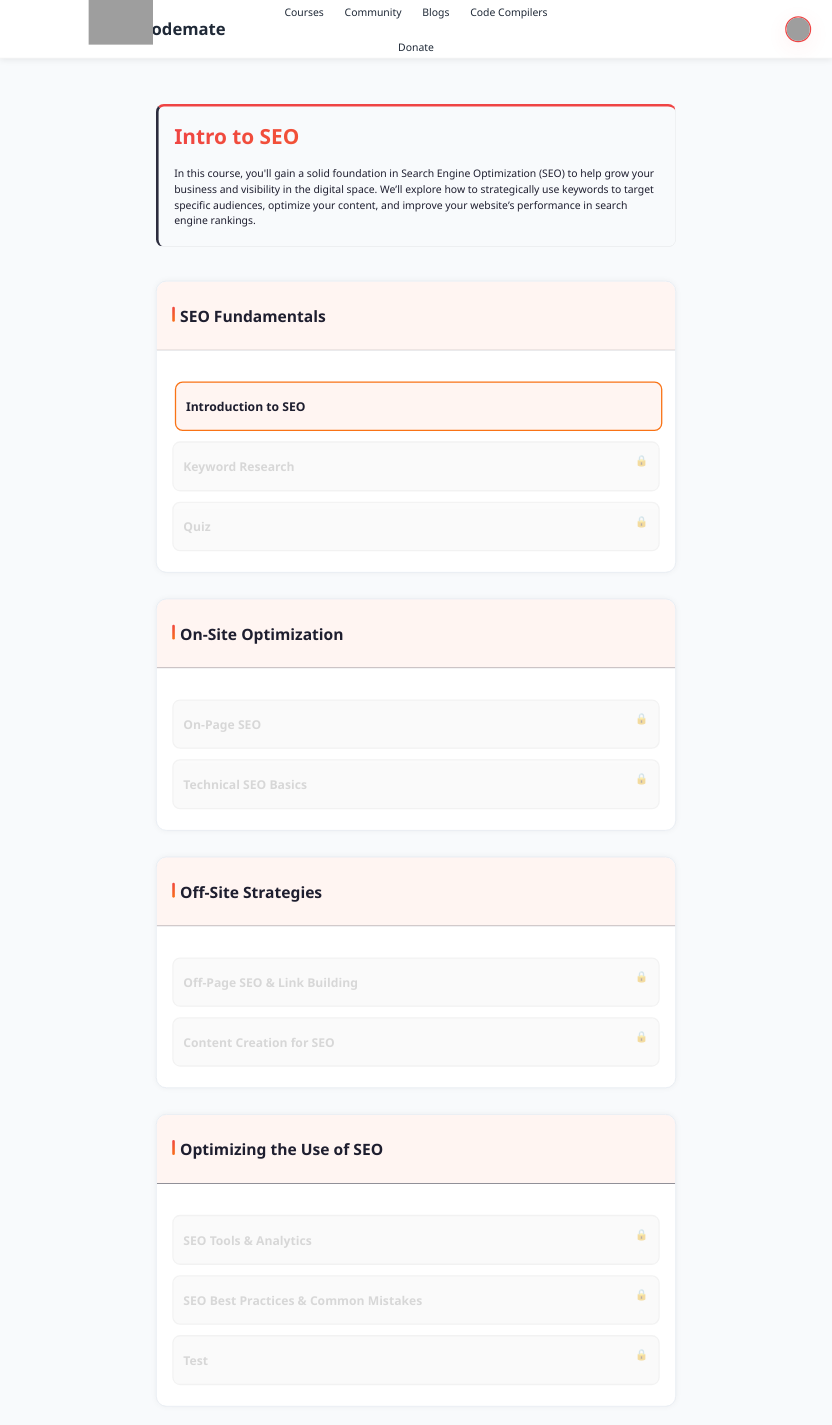
Repository: Duskofnight/code-website
Page: intro-to-seo.html
The author's editor kept a copy of each file at every save. The page is drawn from the files as they stood at one save, then again after the next save.
The browser window is 1280 px wide. The pictures show the whole page, at 65% of full size.
Pictures or frames that could not be fetched are drawn as grey boxes.

Above is the page before, as saved 2025-08-12 19:59:42.

After the next save:
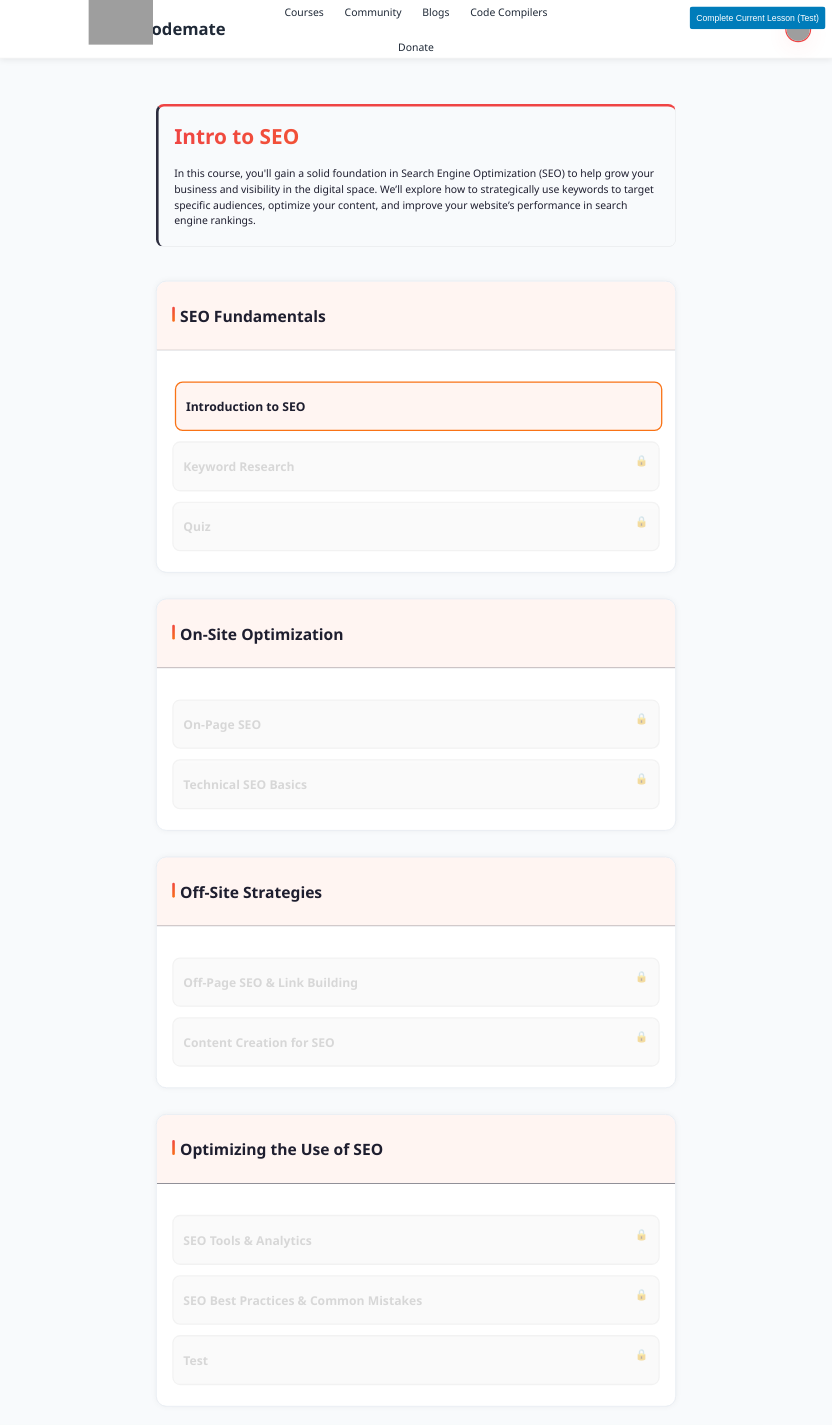
Saved 4 s later.
--- a/intro-to-seo.js
+++ b/intro-to-seo.js
@@ -229,4 +229,4 @@ function addTestButton() {
 }
 
 
-// addTestButton();
+addTestButton();
